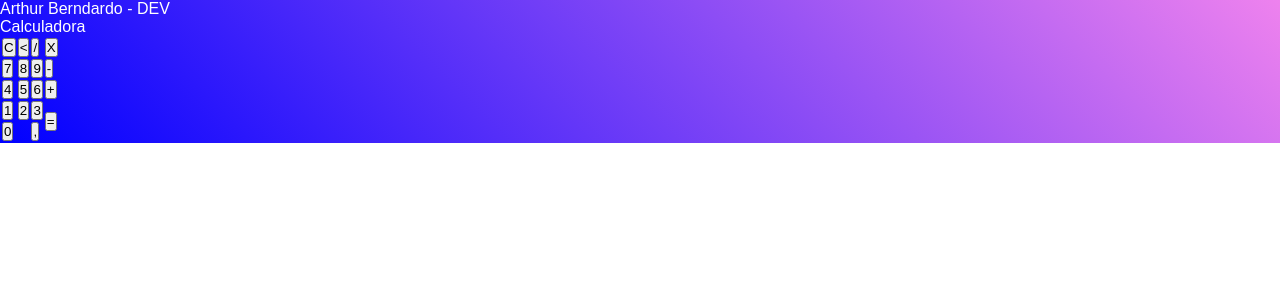
Repository: oThurDev/calculadora
Page: calculadora.html
The author's editor kept a copy of each file at every save. The page is drawn from the files as they stood at one save, then again after the next save.
The browser window is 1280 px wide. The pictures show the whole page.

Above is the page before, as saved 2022-02-25 15:28:36.

### calculadora.html
<!DOCTYPE html>
<html lang="en">
<head>
    <meta charset="UTF-8">
    <meta name="viewport" content="width=device-width, initial-scale=1.0">
    <link rel="stylesheet" href="style_calculadora.css">
    <title>Calculadora</title>
</head>
<body>
    <div class="fundo">
        <span>Arthur Berndardo - DEV</span>
        <div class="calculadora">
            <span>Calculadora</span>
            <p id="resultado"></p>
            <table>
                <tr>
                    <td><button>C</button></td>
                    <td><button><</button></td>
                    <td><button>/</button></td>
                    <td><button>X</button></td>
                </tr>
                <tr>
                    <td><button>7</button></td>
                    <td><button>8</button></td>
                    <td><button>9</button></td>
                    <td><button>-</button></td>
                </tr>
                <tr>
                    <td><button>4</button></td>
                    <td><button>5</button></td>
                    <td><button>6</button></td>
                    <td><button>+</button></td>
                </tr>
                <tr>
                    <td><button>1</button></td>
                    <td><button>2</button></td>
                    <td><button>3</button></td>
                    <td rowspan="2"><button>=</button></td>
                </tr>
                <tr>
                    <td colspan="2"><button>0</button></td>
                    <td><button>,</button></td>
                </tr>
            </table>
        </div>
    </div>
</body>
</html>

### style_calculadora.css
*{
    margin: 0;
    padding: 0;
}

.fundo{
    background-image: linear-gradient(45deg, blue, violet);
    height: 100%;
    color: white;
    font-family: Arial, Helvetica, sans-serif;
}

.calculadora{
    position: absolute:
}

After the next save:
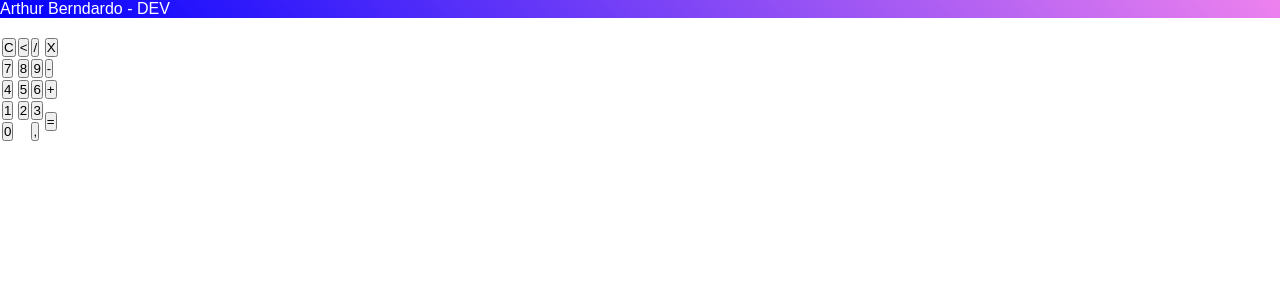
Saved 4 s later.
--- a/style_calculadora.css
+++ b/style_calculadora.css
@@ -11,5 +11,5 @@
 }
 
 .calculadora{
-    position: absolute:
+    position: absolute;
 }
